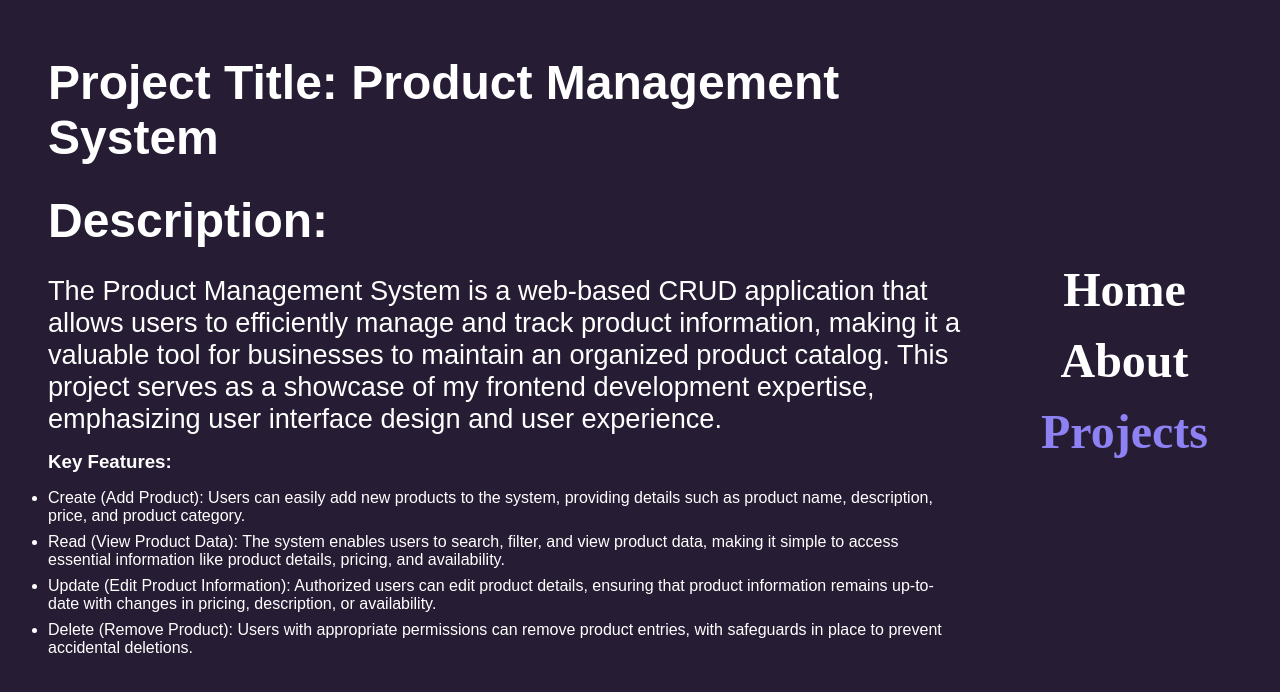
Repository: ahamdy997/portfolio
Page: /projects
These files come from the project's save history. The page is drawn as it stood at one moment and after the next save; the edit follows.
The browser window is 1280 px wide. The pictures show the whole page.
The project was rebuilt for these pictures with package versions that can differ from the ones it lists, and the page was loaded fresh each time. Also part of the build but not shown: vue.config.js, src/components/HelloWorld.vue, src/views/HomeView.vue.

Above is the page before, as saved 2023-11-06 00:54:10.

### src/App.vue
<template>
  <div class="flex">
    <router-view />
    <header>
      <nav>
        <router-link to="/">Home</router-link>
        <router-link to="/about">About</router-link>
        <router-link to="/projects">Projects</router-link>
      </nav>
    </header>
  </div>
</template>

<style>
* {
  box-sizing: border-box;
  padding: 0;
  margin: 0;
}
#app {
  width: 100%;
  height: 100vh;
  display: flex;
  align-items: center;
  justify-content: space-between;
  text-align: center;
}
.flex {
  display: flex;
  align-items: center;
  justify-content: space-between;
  padding: 3rem;
  gap: 5rem;
  width: 100%;
}
header {
  font-size: 1.7rem;
}

nav {
  text-align: center;
  display: flex;
  flex-direction: column;
  gap: 1rem;
  margin-right: 1.5rem;
}
body {
  font-family: sans-serif;
  background: #261c33;
  /* background: yellow; */
  color: #fff;
}
nav a {
  font-family: serif;
  font-weight: bold;
  color: #fff;
  text-decoration: none;
  font-size: 3rem;
  transition: all 0.2s;
}
nav a:hover {
  font-style: italic;
  transform: translateX(10px);
}

nav a.router-link-exact-active {
  color: #8d81f3;
}
</style>

### src/router/index.js
import { createRouter, createWebHistory } from "vue-router";
import HomeView from "../views/HomeView.vue";

const routes = [
  {
    path: "/",
    name: "home",
    component: HomeView,
  },
  {
    path: "/about",
    name: "about",
    // route level code-splitting
    // this generates a separate chunk (about.[hash].js) for this route
    // which is lazy-loaded when the route is visited.
    component: () =>
      import(/* webpackChunkName: "about" */ "../views/AboutView.vue"),
  },
  {
    path: "/projects",
    name: "project",
    // route level code-splitting
    // this generates a separate chunk (about.[hash].js) for this route
    // which is lazy-loaded when the route is visited.
    component: () =>
      import(/* webpackChunkName: "about" */ "../views/ProjectView.vue"),
  },
];

const router = createRouter({
  history: createWebHistory(process.env.BASE_URL),
  routes,
});

export default router;

### src/views/ProjectView.vue
<template>
  <div>
    <h2>Project Title: Product Management System</h2>
    <h2>Description:</h2>
    <p>
      The Product Management System is a web-based CRUD application that allows
      users to efficiently manage and track product information, making it a
      valuable tool for businesses to maintain an organized product catalog.
      This project serves as a showcase of my frontend development expertise,
      emphasizing user interface design and user experience.
    </p>
    <ul>
      <h3>Key Features:</h3>
      <li>
        Create (Add Product): Users can easily add new products to the system,
        providing details such as product name, description, price, and product
        category.
      </li>
      <li>
        Read (View Product Data): The system enables users to search, filter,
        and view product data, making it simple to access essential information
        like product details, pricing, and availability.
      </li>
      <li>
        Update (Edit Product Information): Authorized users can edit product
        details, ensuring that product information remains up-to-date with
        changes in pricing, description, or availability.
      </li>
      <li>
        Delete (Remove Product): Users with appropriate permissions can remove
        product entries, with safeguards in place to prevent accidental
        deletions.
      </li>
    </ul>
  </div>
</template>
<style scoped>
img {
  width: 100%;
}
div {
  text-align: left;
}

h2 {
  margin-bottom: 1.7rem;
  font-size: 3rem;
}
p {
  font-size: 1.7rem;
  margin-bottom: 1rem;
}
h3 {
  margin-bottom: 1rem;
}
li {
  margin-bottom: 0.5rem;
}
</style>

Loaded but not shown: public/index.html (common file); src/main.js (common file)

After the next save:
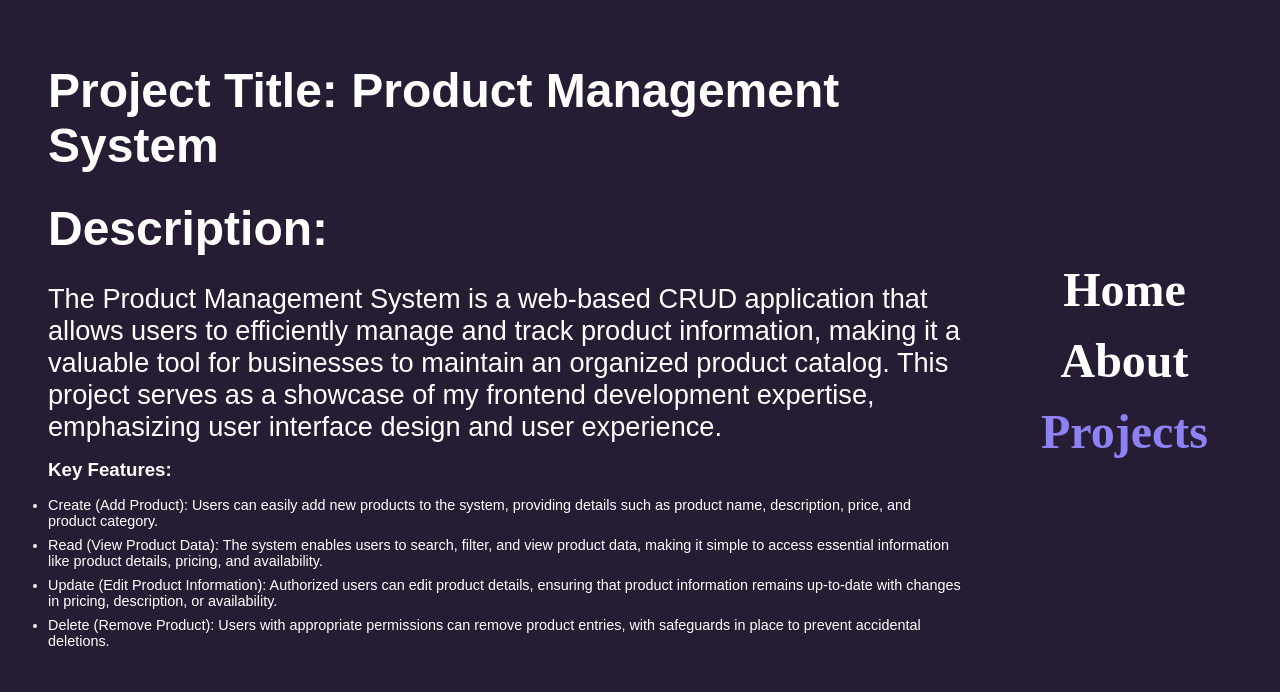
Saved 17 s later.
--- a/src/views/ProjectView.vue
+++ b/src/views/ProjectView.vue
@@ -54,6 +54,7 @@
   margin-bottom: 1rem;
 }
 li {
+  font-size: 0.9rem;
   margin-bottom: 0.5rem;
 }
 </style>

After the save that followed:
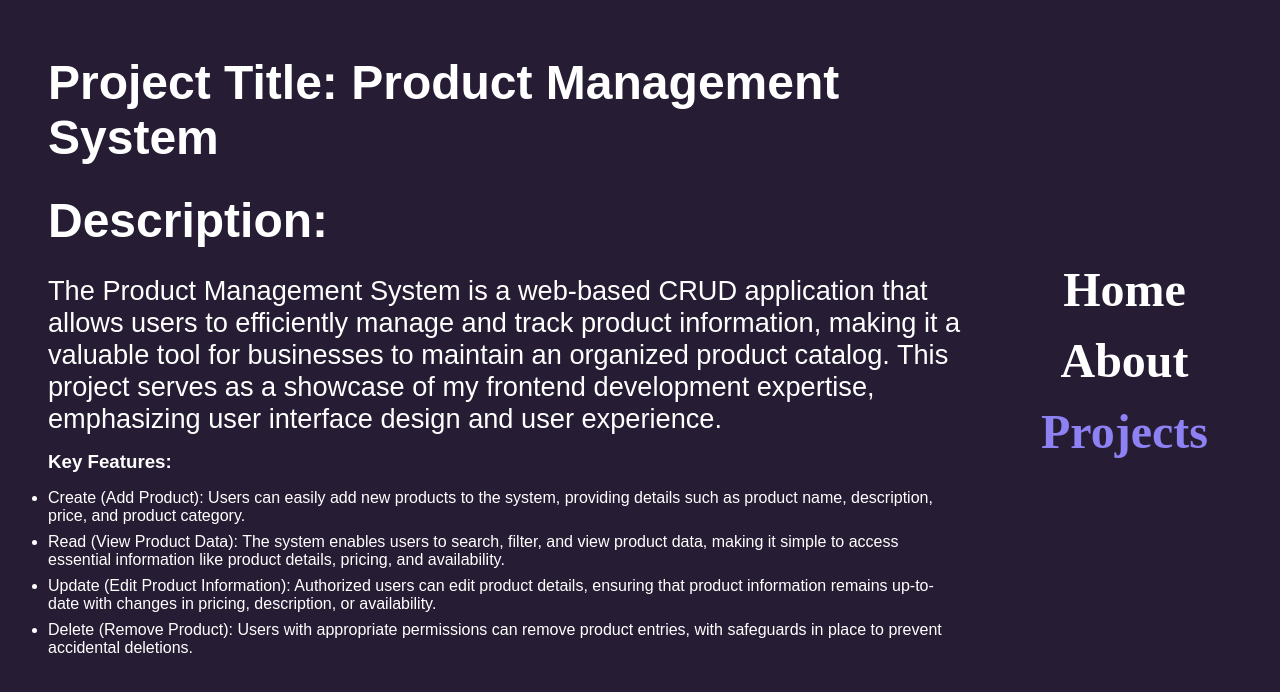
Saved 7 s later.
--- a/src/views/ProjectView.vue
+++ b/src/views/ProjectView.vue
@@ -54,7 +54,7 @@
   margin-bottom: 1rem;
 }
 li {
-  font-size: 0.9rem;
+  font-size: 1rem;
   margin-bottom: 0.5rem;
 }
 </style>
